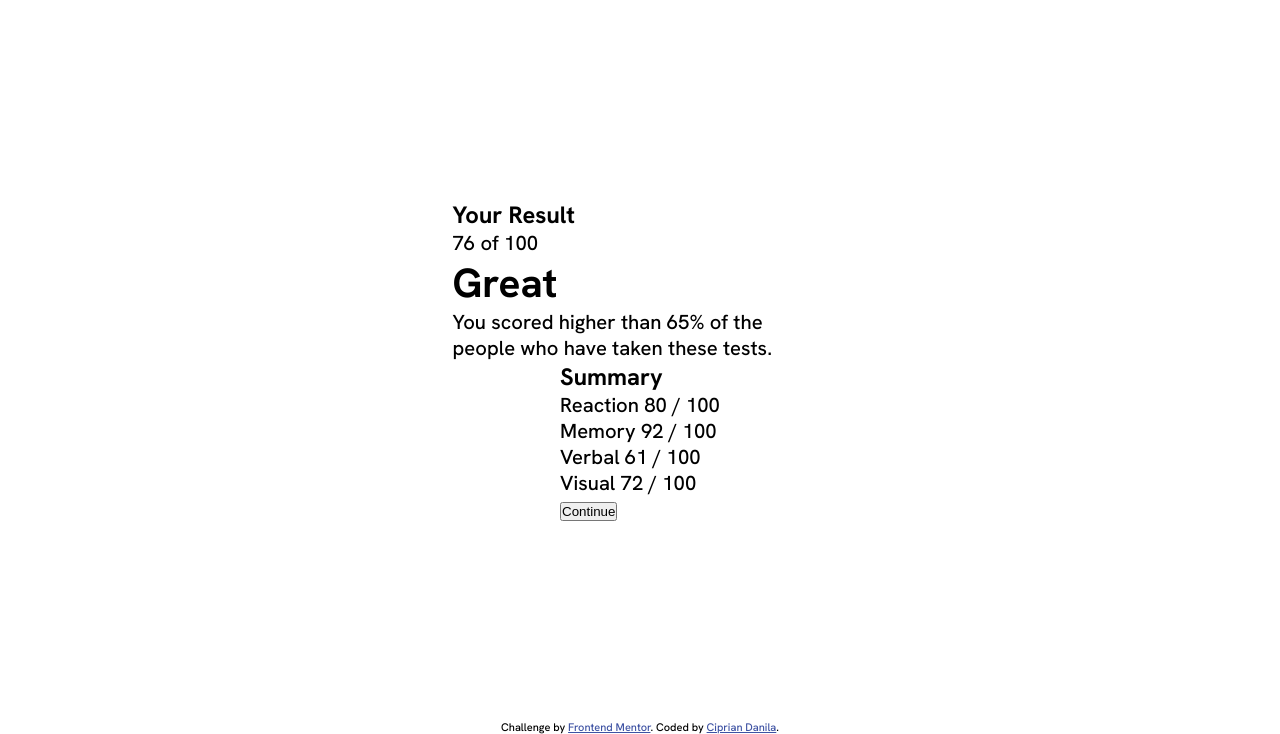
Repository: cipdanila/results-summary-component
Page: index.html
The author's editor kept a copy of each file at every save. The page is drawn from the files as they stood at one save, then again after the next save.
The browser window is 1280 px wide. The pictures show the whole page.

Above is the page before, as saved 2024-02-01 20:21:34.

### index.html
<!DOCTYPE html>
<html lang="en">
    <head>
        <meta charset="UTF-8" />
        <meta name="viewport" content="width=device-width, initial-scale=1.0" />
        <!-- displays site properly based on user's device -->

        <link rel="icon" type="image/png" sizes="32x32" href="./assets/images/favicon-32x32.png" />
        <link rel="stylesheet" href="styles.css" />
        <title>Frontend Mentor | Results summary component</title>
    </head>
    <body>
        <main>
            <div class="card">
                <div class="result">
                    <h3>Your Result</h3>
                    <div class="score">76 of 100</div>
                    <h1>Great</h1>
                    <p>You scored higher than 65% of the people who have taken these tests.</p>
                </div>
                <div class="summary">
                    <h3>Summary</h3>
                    <div class="reaction">Reaction 80 / 100</div>
                    <div class="memory">Memory 92 / 100</div>
                    <div class="verbal">Verbal 61 / 100</div>
                    <div class="visual">Visual 72 / 100</div>
                    <button class="continue" type="button">Continue</button>
                </div>
            </div>
        </main>

        <footer>
            <div class="attribution">
                Challenge by
                <a
                    href="https://www.frontendmentor.io/challenges/results-summary-component-CE_K6s0maV/hub"
                    target="_blank"
                    rel="noopener noreferer"
                    >Frontend Mentor</a
                >. Coded by <a href="https://github.com/cipdanila" target="_blank" rel="noopener noreferer">Ciprian Danila</a>.
            </div>
        </footer>
    </body>
</html>

### styles.css
@import url("https://fonts.googleapis.com/css2?family=Hanken+Grotesk:wght@500;700;800&display=swap");

:root {
    /* Colors */
    /* Primary */
    --light-red: hsl(0, 100%, 67%);
    --orange-yellow: hsl(39, 100%, 56%);
    --green-teal: hsl(166, 100%, 37%);
    --cobalt-blue: hsl(234, 85%, 45%);
    /* Gradients */
    --light-slate-blue: hsl(252, 100%, 67%); /*  (background) */
    --light-royal-blue: hsl(241, 81%, 54%); /* (background) */

    --violet-blue: hsla(256, 72%, 46%, 1); /* (circle) */
    --persian-blue: hsla(241, 72%, 46%, 0); /* (circle) */
    /* Neutral */
    --white: hsl(0, 0%, 100%);
    --pale-blue: hsl(221, 100%, 96%);
    --light-lavender: hsl(241, 100%, 89%);
    --dark-gray-blue: hsl(224, 30%, 27%);
}

*,
*::after,
*::before {
    box-sizing: border-box;
    margin: 0;
    padding: 0;
}

body,
html {
    height: 100%;
    font-family: "Hanken Grotesk", sans-serif;
    font-size: 1.125rem; /* 18px */
    font-weight: 300;
    background-color: var(--white);
}

main {
    display: flex;
    justify-content: center;
    align-items: center;
    height: 100%;
}

.card {
    max-width: 375px;
    border-radius: 1rem;
    box-shadow: 0.5rem 0.5rem rgb(rgb(12, 23, 41));
    display: flex;
    flex-direction: column;
    justify-content: center;
    align-items: center;
    background-color: var(--very-dark-blue-card);
}

.attribution {
    font-size: 11px;
    text-align: center;
}
.attribution a {
    color: hsl(228, 45%, 44%);
}

After the next save:
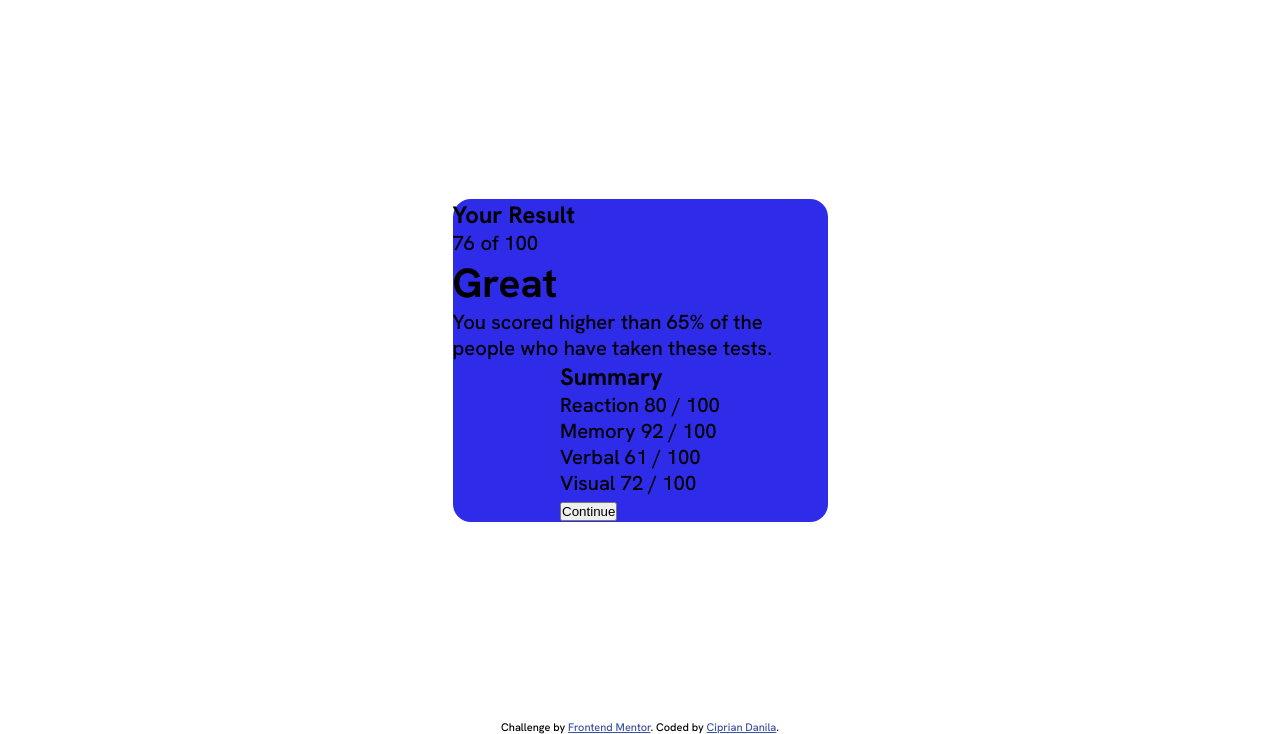
Saved 77 s later.
--- a/styles.css
+++ b/styles.css
@@ -52,7 +52,7 @@
     flex-direction: column;
     justify-content: center;
     align-items: center;
-    background-color: var(--very-dark-blue-card);
+    background-color: var(--light-royal-blue);
 }
 
 .attribution {

After the save that followed:
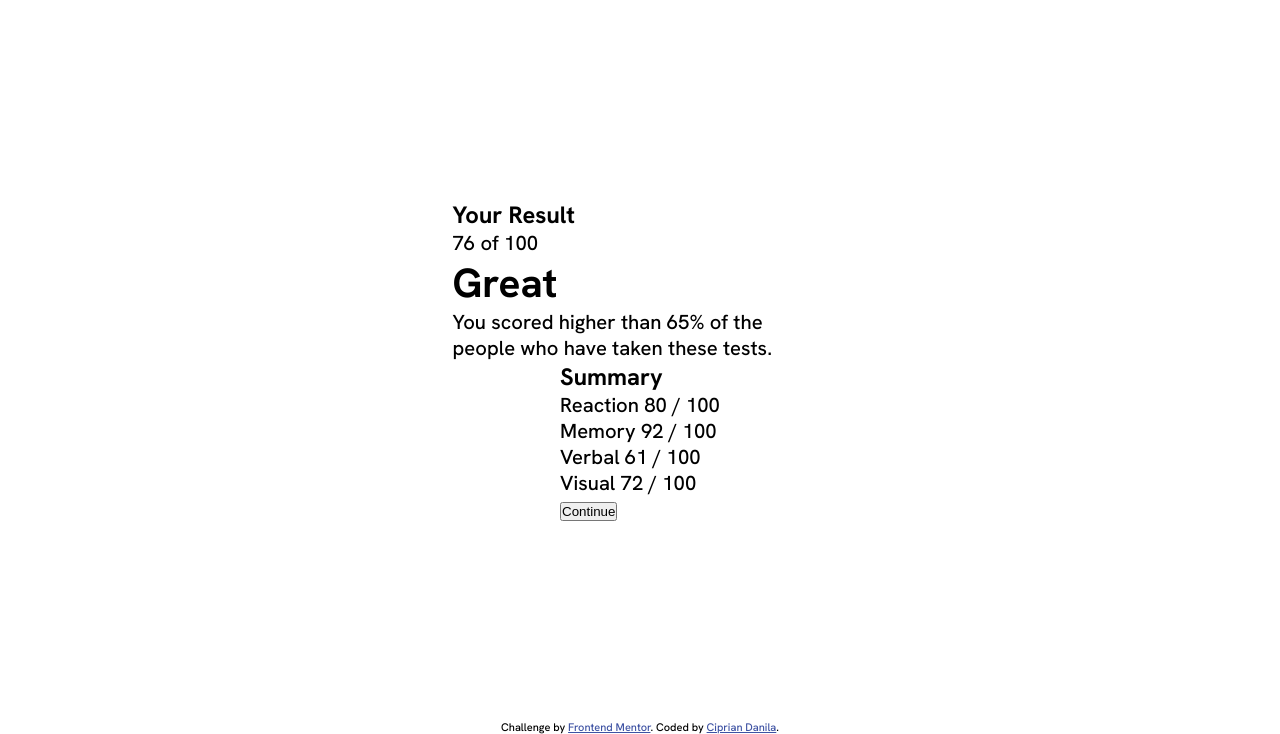
Saved 10 s later.
--- a/styles.css
+++ b/styles.css
@@ -52,7 +52,7 @@
     flex-direction: column;
     justify-content: center;
     align-items: center;
-    background-color: var(--light-royal-blue);
+    background-color: var(--white);
 }
 
 .attribution {
